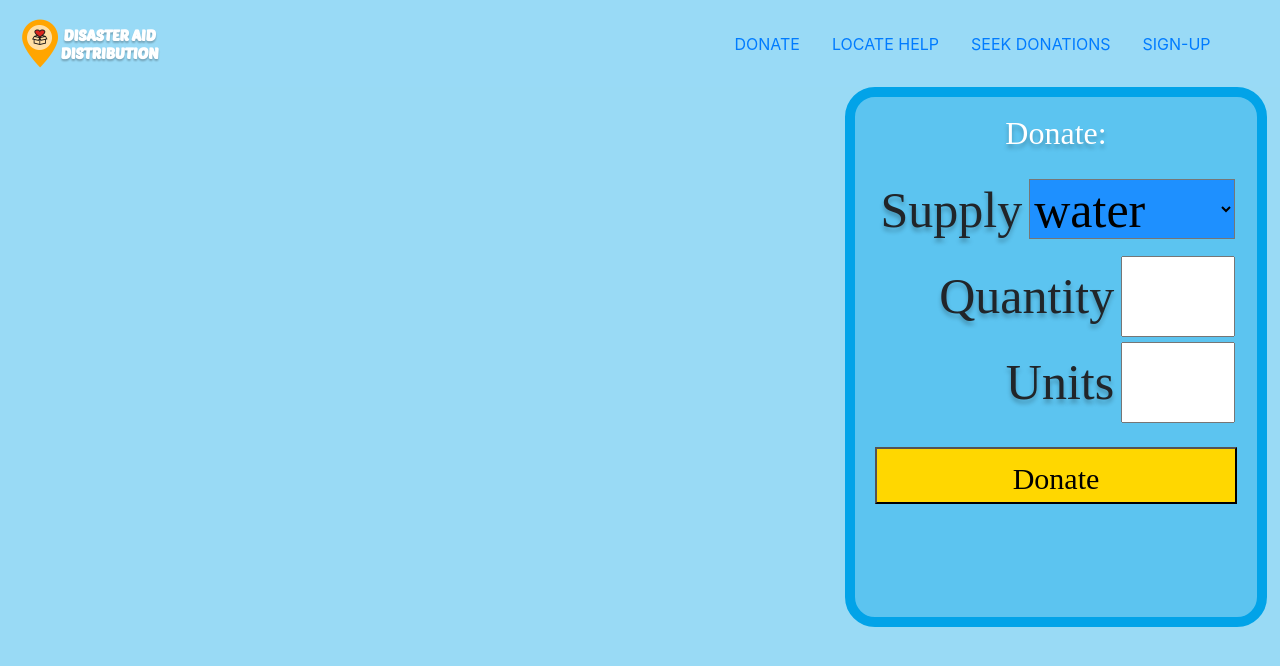
Repository: uprm-inso-4115-2019-2020-S2/semester-project-inso4115-DisasterAid-backend
Page: /donate-modal (app in disaster-aid/)
The author's editor kept a copy of each file at every save. The page is drawn from the files as they stood at one save, then again after the next save.
The browser window is 1280 px wide. The pictures show the whole page.
The project was rebuilt for these pictures with package versions that can differ from the ones it lists, and the page was loaded fresh each time. Also part of the build but not shown: disaster-aid/angular.json, disaster-aid/src/app/login/login.component.ts, disaster-aid/src/app/register/register.component.ts, disaster-aid/src/app/home/home.component.ts, disaster-aid/src/app/landing-page/landing-page.component.ts, disaster-aid/src/app/donations/donations.component.ts, disaster-aid/src/app/donations.service.ts.

Above is the page before, as saved 2020-05-09 02:03:06.

### disaster-aid/src/index.html
<!doctype html>
<html lang="en">
<head>
  <meta charset="utf-8">
  <title>DisasterAid</title>
  <base href="/">
  <meta name="viewport" content="width=device-width, initial-scale=1">
  <link rel="icon" type="image/x-icon" href="favicon.ico">
</head>
<body>
  <app-root></app-root>
</body>
</html>

### disaster-aid/src/styles.css
/* You can add global styles to this file, and also import other style files */

html { background-color:rgba(2, 163, 232, 0.4); }

### disaster-aid/src/app/app.module.ts
import { BrowserModule } from '@angular/platform-browser';
import { NgModule } from '@angular/core';
import { FormsModule, ReactiveFormsModule } from '@angular/forms';



import { AppRoutingModule } from './app-routing.module';
import { AppComponent } from './app.component';
import { RegisterComponent } from './register/register.component';
import { LoginComponent } from './login/login.component';
import { HttpClientModule } from '@angular/common/http';
import { HomeComponent } from './home/home.component'
import { UserApiService } from './userapi.service';
import { LandingPageComponent } from './landing-page/landing-page.component';
import { DonationsComponent } from './donations/donations.component';
import { DonateModalComponent } from './donate-modal/donate-modal.component';


@NgModule({
  declarations: [
    AppComponent,
    RegisterComponent,
    LoginComponent,
    HomeComponent,
    LandingPageComponent,
    DonationsComponent,
    DonateModalComponent,
  ],
  imports: [
    BrowserModule,
    AppRoutingModule,
    FormsModule,
    ReactiveFormsModule,
    HttpClientModule
  ],
  providers: [UserApiService],
  bootstrap: [AppComponent]
})
export class AppModule { }

### disaster-aid/src/app/app-routing.module.ts
import { NgModule } from '@angular/core';
import { Routes, RouterModule } from '@angular/router';
import {LoginComponent} from './login/login.component';
import { RegisterComponent } from './register/register.component';
import { HomeComponent } from './home/home.component';
import { LandingPageComponent } from './landing-page/landing-page.component';
import { DonationsComponent } from './donations/donations.component';
import { DonateModalComponent} from './donate-modal/donate-modal.component';


const routes: Routes = [
  { path: '', redirectTo: '/landing_page', pathMatch: 'full'}, //Make home the default landing page
  { path: 'register', component: RegisterComponent},
  { path: 'login', component: LoginComponent },
  { path: 'home', component: HomeComponent},
  { path: 'landing_page', component: LandingPageComponent },
  { path: 'my-donations', component: DonationsComponent },
  { path: 'donate-modal', component: DonateModalComponent},

];

@NgModule({
  imports: [RouterModule.forRoot(routes)],
  exports: [RouterModule]
})
export class AppRoutingModule { }

### disaster-aid/src/app/app.component.ts
import { Component } from '@angular/core';

@Component({
  selector: 'app-root',
  templateUrl: './app.component.html',
  styleUrls: ['./app.component.css']
})
export class AppComponent {
  title = 'disaster-aid';
}

### disaster-aid/src/app/userapi.service.ts
import { Injectable } from '@angular/core';
import { HttpClient, HttpErrorResponse, HttpHeaders } from '@angular/common/http';
import { User } from './user';
import { Observable, throwError } from 'rxjs';
import { catchError } from 'rxjs/operators';


@Injectable({
  providedIn: 'root'
})
export class UserApiService {

  constructor(private httpClient:HttpClient) { }

  private _handleError(error: HttpErrorResponse | any) {
    let data = {};
                data = {
                    reason: error && error.error.reason ? error.error.reason : '',
                    status: error.status
                };
                console.error(data);
                return throwError(error);
  }

    public server:String = " http://localhost:5000/";

   public getUsers() : Observable<User[]> {
     return this.httpClient
     .get<User[]>(this.server + "DAD/users")
     .pipe(catchError (this._handleError));
   }

   public getUser(userID : String): Observable<User> {
    return this.httpClient
    .get<User>(this.server + `DAD/users/${userID}`)
    .pipe(catchError (this._handleError));
  }

  public createUser(user: User): Observable<any> {

    const httpOptions = {
      headers: new HttpHeaders ({
        'Content-Type':'application/json',
        'Accept': 'application/json'
      })
    };
    return this.httpClient
    .post(this.server + "DAD/users", user, httpOptions)
    .pipe(catchError (this._handleError));;
  }


}

### disaster-aid/src/app/donate-modal/donate-modal.component.ts
import { Component, OnInit } from '@angular/core';

@Component({
  selector: 'app-donate-modal',
  templateUrl: './donate-modal.component.html',
  styleUrls: ['./donate-modal.component.css']
})
export class DonateModalComponent implements OnInit {

  constructor() { }

  ngOnInit(): void {
  }

}

### disaster-aid/src/app/donate-modal/donate-modal.component.html
<nav class="navbar navbar-light" style="background-color: rgba(2, 163, 232, 0.4);">
    <a class="navbar-brand mr-1" href="#"><img src="/assets/DAD_logo.png" style="width: 50%;"></a>
    <ul class="nav navbar-justified navbar-right ml-auto" style="margin-right: 3%;">
        <li class="nav-item">
            <a class="nav-link menuItem" routerLink="/my-donations"  >DONATE</a>
        </li>
        <li class="nav-item">
            <a class="nav-link menuItem"  href="#">LOCATE HELP</a>
        </li>
        <li class="nav-item">
            <a class="nav-link menuItem" href="#">SEEK DONATIONS</a>
        </li>
        <li class="nav-item">
            <a class="nav-link menuItem"  routerLink="/register" routerLinkActive="active">SIGN-UP</a>
        </li>
    </ul>
</nav>

<div class="donateBox">
    <p style="font-size: xx-large; text-align: center; padding-top: 3%; color: white;">Donate:</p>
    <!-- <form [formGroup]="loginForm" (ngSubmit)="onSubmit(loginForm.value)"> -->
        <div style="text-align: right; padding-right: 22px;">
            <div>
                <label for="Supply" style="padding-right: 7px;">Supply</label>
                <select id="supply" name="supply" class="select">
                    <option value="water">water</option>
                    <option value="food">food</option>
                    <option value="medicine">medicine</option>
                    <option value="clothing">clothing</option>

                </select>
            </div>
            <div>
                <label for="quantity" style="padding-right: 7px;">Quantity</label>
                <input type="number" id="quantity" name="quantity" min="1" max="5">
            </div>
            <div>
                <label for="units" style="padding-right: 7px;">Units</label>
                <input type="number" id="quantity" name="quantity" min="1" max="5">
            </div>
        </div>

        <div style="text-align: center;  padding-top: 7px;">
            <button class="donateButton" type="submit">Donate</button>
        </div>
    <!-- </form> -->

    <!-- <div style="text-align: center; padding-top: 5px; font-size: large;">
        <label style="color: white; padding-right: 5px;">Don't have an account?</label>
        <a routerLink="/register" routerLinkActive="active" style="color:#FFBC40 ;">Sign up</a>
    </div> -->

</div>

### disaster-aid/src/app/donate-modal/donate-modal.component.css
.donateBox {
    position: absolute;
    width: 33%;
    height: 75%;
    left: 66%;
    /* right: 10%;
    top: 10%; */

    background: rgba(2, 163, 232, 0.4);
    border: 10px solid #02A3E8;
    border-radius: 30px;
    font-family: 'Fredoka One', cursive;
    font-family: 'Gochi Hand', cursive;
    text-shadow: 0px 4px 4px rgba(0, 0, 0, 0.25);
    font-size: 50px;
}


.donateButton{
    text-align: center;
    padding-top: 7px;
    background: gold;
    width: 90%;
    font-size:30px
}

.select{
    background-color: dodgerblue;
    /* display: none; */
    position: relative;
    font-family: 'Gochi Hand', cursive;
}

Loaded but not shown: disaster-aid/src/main.ts (common file); disaster-aid/src/environments/environment.ts (common file); disaster-aid/src/app/app.component.html (common file); disaster-aid/src/app/app.component.css (no stored copy; drawn as an empty file)

After the next save:
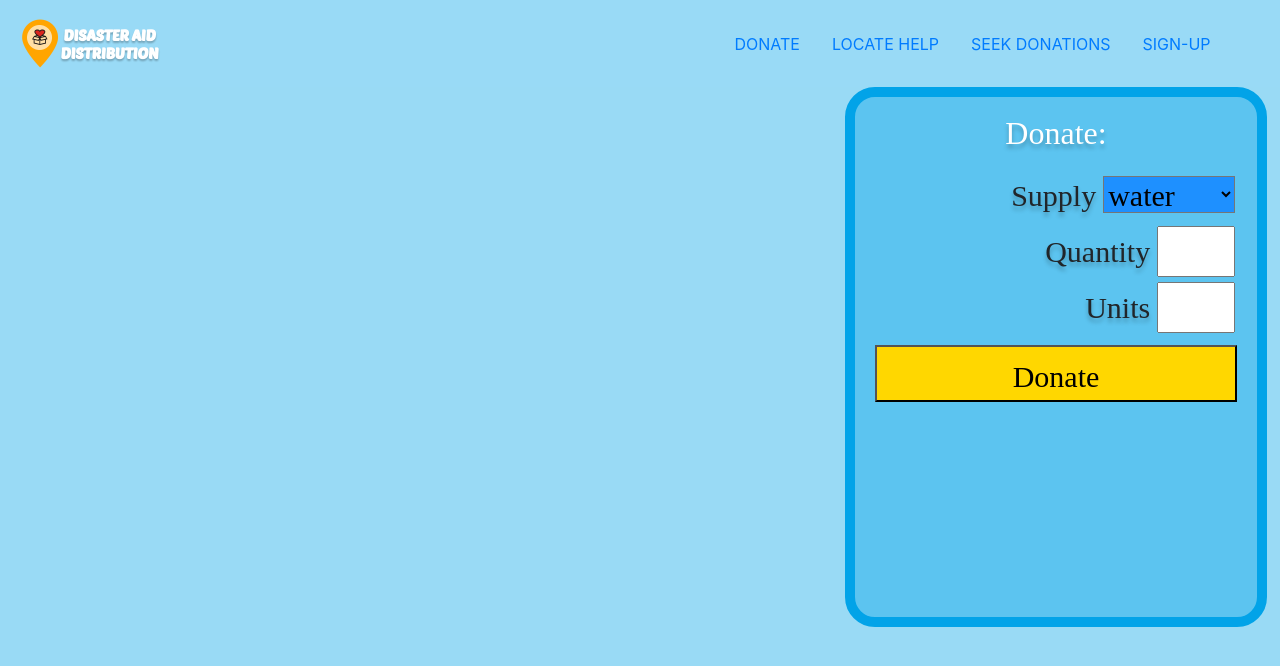
Saved 11 s later.
--- a/disaster-aid/src/app/donate-modal/donate-modal.component.css
+++ b/disaster-aid/src/app/donate-modal/donate-modal.component.css
@@ -12,7 +12,7 @@
     font-family: 'Fredoka One', cursive;
     font-family: 'Gochi Hand', cursive;
     text-shadow: 0px 4px 4px rgba(0, 0, 0, 0.25);
-    font-size: 50px;
+    font-size: 30px;
 }
 
 
